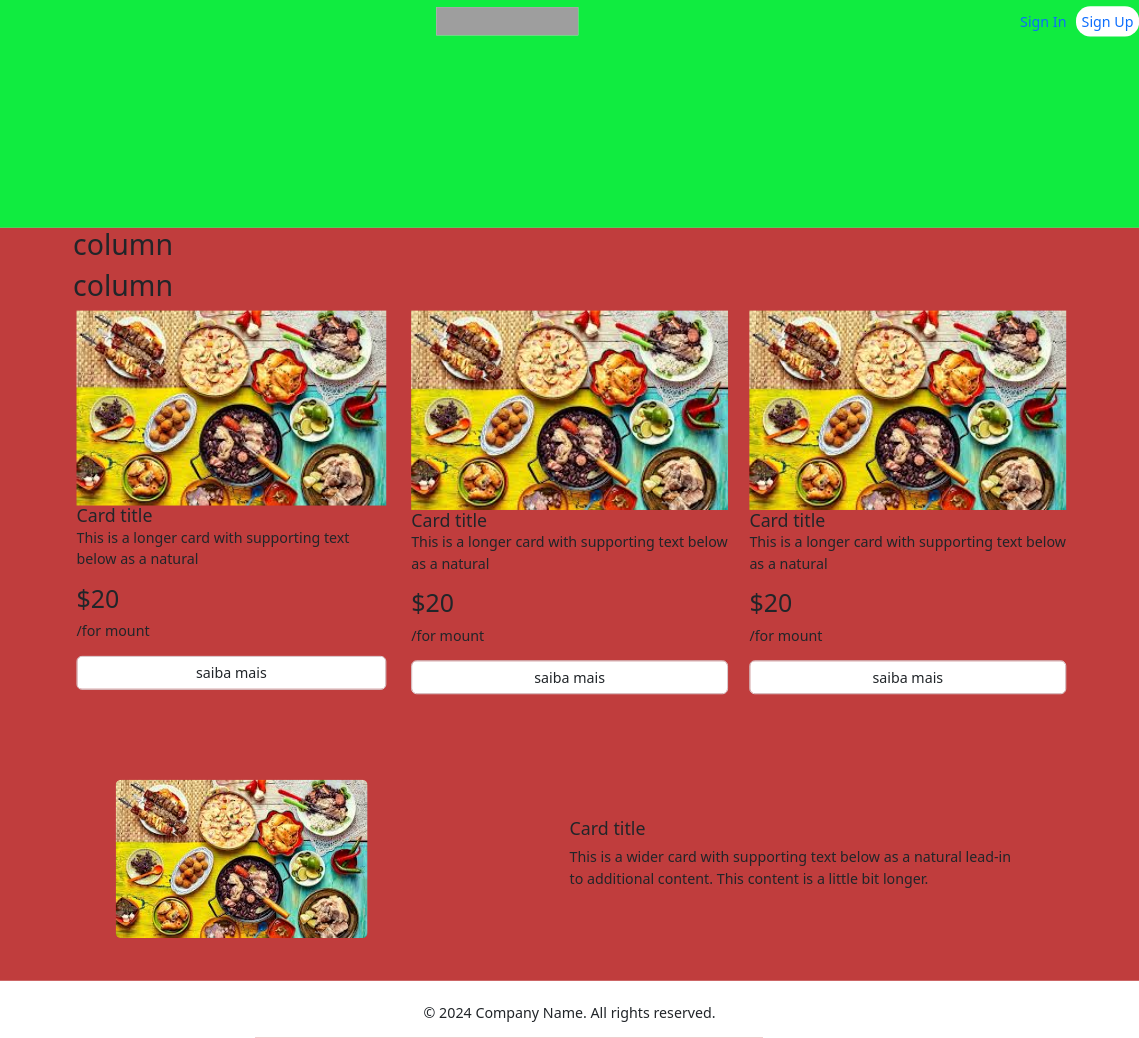
Repository: Joao-Rafael-mob/repoCurso
Page: index.html
These files come from the project's save history. The page is drawn as it stood at one moment and after the next save; the edit follows.
The browser window is 1280 px wide. The pictures show the whole page, at 89% of full size.
Pictures or frames that could not be fetched are drawn as grey boxes.

Above is the page before, as saved 2024-09-27 09:39:19.

### index.html
<!DOCTYPE html>
<html lang="en">
  <head>
    <meta charset="UTF-8" />
    <meta name="viewport" content="width=device-width, initial-scale=1.0" />
    <title>Document</title>
    <link rel="stylesheet" href="styles.css" />
    <link
      href="https://cdn.jsdelivr.net/npm/bootstrap@5.3.3/dist/css/bootstrap.min.css"
      rel="stylesheet"
      integrity="sha384-QWTKZyjpPEjISv5WaRU9OFeRpok6YctnYmDr5pNlyT2bRjXh0JMhjY6hW+ALEwIH"
      crossorigin="anonymous"
    />
  </head>

  <body>
    <div class="imagem-fundo">
      <nav class="navbar">
        <img src="logo.png" alt="Logo" />
        <div class="nav-links">
          <a href="#" class="nav-link1">Sign In</a>
          <a href="#" class="nav-link2">Sign Up</a>
        </div>
      </nav>
    </div>
    <main>
      <div class="container">
        <div class="row row-cols-1">
          <div class="col h2">column</div>
          <div class="col h2">column</div>
        </div>
        <div class="row row-cols-1 row-cols-md-3 g-4">
          <div class="col px-3">
            <div>
              <img src="banner.jpeg" class="card-img-top" alt="" />
              <div class="card-body">
                <h5 class="card-title">Card title</h5>
                <p class="" style="max-height: 4rem; overflow: hidden">
                  This is a longer card with supporting text below as a natural
                </p>

                <h3>$20</h3>
                <p>/for mount</p>

                <button class="form-control">saiba mais</button>
              </div>
            </div>
          </div>
          <div class="col">
            <div>
              <img src="banner.jpeg" class="card-img-top" alt="" />
              <div class="card-body">
                <h5 class="card-title">Card title</h5>
                <p class="" style="max-height: 4rem; overflow: hidden">
                  This is a longer card with supporting text below as a natural
                </p>
                <div>
                  <h3>$20</h3>
                  <p>/for mount</p>

                  <button class="form-control">saiba mais</button>
                </div>
              </div>
            </div>
          </div>
          <div class="col">
            <div>
              <img src="banner.jpeg" class="card-img-top" alt="" />
              <div class="card-body">
                <h5 class="card-title">Card title</h5>
                <p class="" style="max-height: 4rem; overflow: hidden">
                  This is a longer card with supporting text below as a natural
                </p>
                <div>
                  <h3>$20</h3>
                  <p>/for mount</p>

                  <button class="form-control">saiba mais</button>
                </div>
              </div>
            </div>
          </div>
        </div>
      </div>

      <div class="container mt-5">
        <div class="py-5">
          <div class="row g-0 align-items-center">
            <div class="col ms-5">
              <img src="banner.jpeg" class="rounded float-start" alt="" />
            </div>
            <div class="col pe-5">
              <div class="mt-1">
                <h5>Card title</h5>
                <p>
                  This is a wider card with supporting text below as a natural
                  lead-in to additional content. This content is a little bit
                  longer.
                </p>
              </div>
            </div>
          </div>
        </div>
      </div>
    </main>

    <footer class="text-center mt-4">
      <p>&copy; 2024 Company Name. All rights reserved.</p>
    </footer>

    <script
      src="https://cdn.jsdelivr.net/npm/bootstrap@5.3.3/dist/js/bootstrap.bundle.min.js"
      integrity="sha384-YvpcrYf0tY3lHB60NNkmXc5s9fDVZLESaAA55NDzOxhy9GkcIdslK1eN7N6jIeHz"
      crossorigin="anonymous"
    ></script>
  </body>
</html>

### styles.css
.imagem-fundo {
    background-color: rgb(16, 236, 64);
    background-position: center;
    color: white;
    width: 100%;
    min-height: 16rem;
}

.imagem-fundo .navbar img {
    background-color: rgb(255, 255, 255);
    margin: auto;
    width: 10rem;
    height: 2rem;
}

.imagem-fundo .navbar a {
    text-decoration: none;
    font-size: medium;
    padding: 0.4rem;
}

.imagem-fundo .navbar .nav-link2 {
    background-color: rgb(255, 255, 255);
    border-radius: 1rem;
}

.imagem-fundo .address {
    width: 50%;
    padding-top: 3rem;
    margin: auto;
}

.imagem-fundo .address a {
    width: 50%;
    margin: auto;
    text-decoration: none;
}

main  {
    background-color: rgb(192, 61, 61);

}

After the next save:
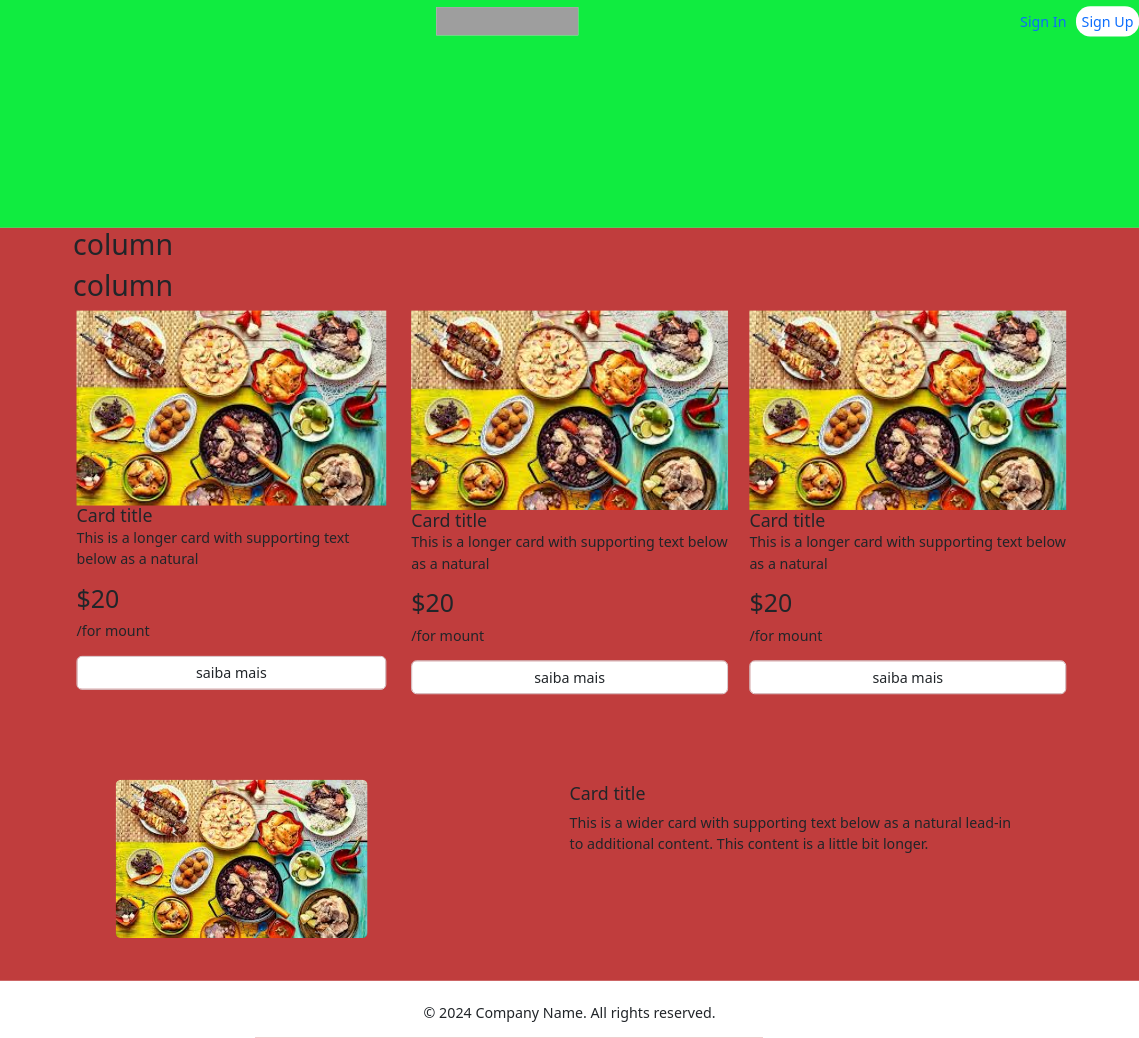
Saved 47 s later.
--- a/index.html
+++ b/index.html
@@ -85,7 +85,7 @@
 
       <div class="container mt-5">
         <div class="py-5">
-          <div class="row g-0 align-items-center">
+          <div class="row g-0">
             <div class="col ms-5">
               <img src="banner.jpeg" class="rounded float-start" alt="" />
             </div>
